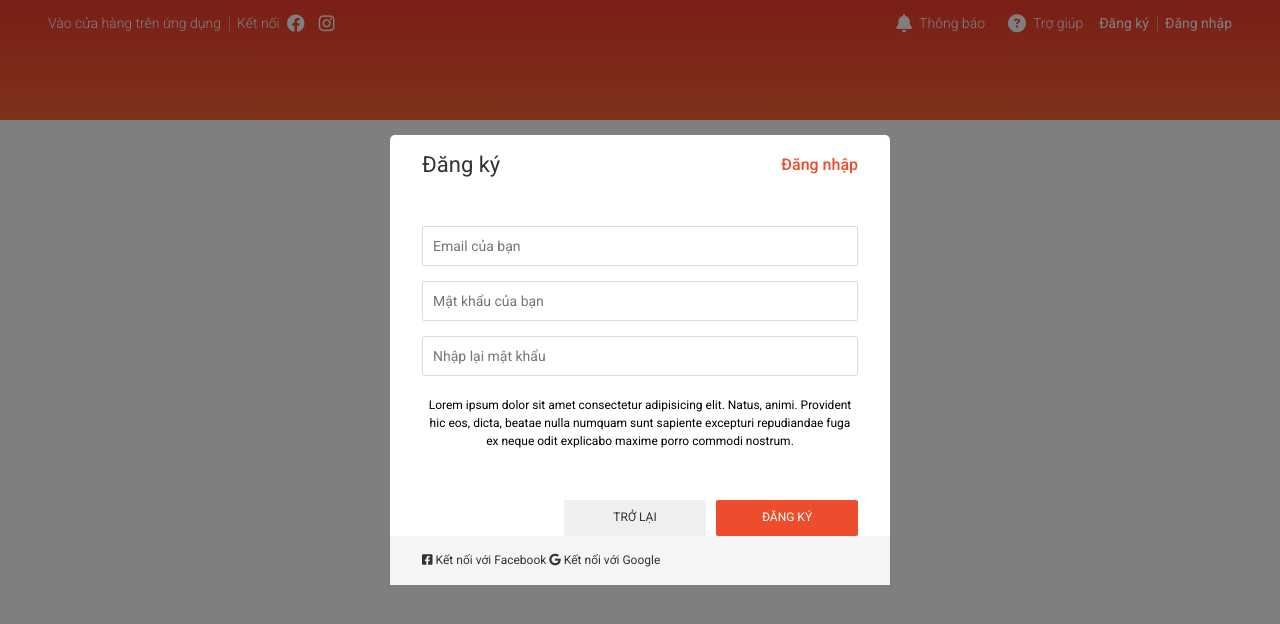
Repository: dptuyen1/F8-Tutorial
Page: index.html
The author's editor kept a copy of each file at every save. The page is drawn from the files as they stood at one save, then again after the next save.
The browser window is 1280 px wide. The pictures show the whole page.

Above is the page before, as saved 2023-05-08 17:21:29.

### index.html
<!DOCTYPE html>
<html lang="en">
  <head>
    <meta charset="UTF-8" />
    <meta http-equiv="X-UA-Compatible" content="IE=edge" />
    <meta name="viewport" content="width=device-width, initial-scale=1.0" />
    <title>Document</title>
    <link
      rel="stylesheet"
      href="https://cdnjs.cloudflare.com/ajax/libs/normalize/8.0.1/normalize.min.css"
      integrity="sha512-NhSC1YmyruXifcj/KFRWoC561YpHpc5Jtzgvbuzx5VozKpWvQ+4nXhPdFgmx8xqexRcpAglTj9sIBWINXa8x5w=="
      crossorigin="anonymous"
      referrerpolicy="no-referrer"
    />
    <link rel="stylesheet" href="assets/css/base.css" />
    <link rel="stylesheet" href="assets/css/main.css" />
    <link
      rel="stylesheet"
      href="assets/fonts/fontawesome-free-6.4.0-web/css/all.min.css"
    />
    <link rel="preconnect" href="https://fonts.googleapis.com" />
    <link rel="preconnect" href="https://fonts.gstatic.com" crossorigin />
    <link
      href="https://fonts.googleapis.com/css2?family=Roboto:wght@300;400;500;700&display=swap"
      rel="stylesheet"
    />
  </head>

  <body>
    <div class="app">
      <header class="header">
        <div class="grid">
          <nav class="header__navbar">
            <ul class="header__navbar-list">
              <li
                class="header__navbar-item header__navbar-item-has-qr header__navbar-item-separate"
              >
                Vào cửa hàng trên ứng dụng
                <div class="header__qr">
                  <img
                    src="assets/img/qr_code.png"
                    alt="QR Cođe"
                    class="header__qr-img"
                  />
                  <div class="header__qr-apps">
                    <a href="" class="header__qr-link">
                      <img
                        src="assets/img/google_play.png"
                        alt="Google Play"
                        class="header__qr-download-img"
                      />
                    </a>
                    <a href="" class="header__qr-link">
                      <img
                        src="assets/img/app_store.png"
                        alt="App Store"
                        class="header__qr-download-img"
                      />
                    </a>
                  </div>
                </div>
              </li>
              <li class="header__navbar-item">
                <span class="header__navbar-title-no-pointer">Kết nối</span>
                <a href="" class="header__navbar-icon-link">
                  <i class="header__navbar-icon fa-brands fa-facebook"></i>
                </a>
                <a href="" class="header__navbar-icon-link">
                  <i class="header__navbar-icon fa-brands fa-instagram"></i>
                </a>
              </li>
            </ul>
            <ul class="header__navbar-list">
              <li class="header__navbar-item header__navbar-item--has-notify">
                <a href="" class="header__navbar-item-link">
                  <a href="" class="header__navbar-icon-link">
                    <i class="header__navbar-icon fa-solid fa-bell"></i> </a
                  >Thông báo
                </a>
                <div class="header__notify">
                  <header class="header__notify-header">
                    <h3>Thông báo mới nhận</h3>
                  </header>
                  <ul class="header__notify-list">
                    <li class="header__notify-item">
                      <a href="" class="header_notify-link">
                        <img
                          src="assets/img/comestic.jpg"
                          alt=""
                          class="header__notify-img"
                        />
                        <div class="header__notify-info">
                          <span class="header_notify-name"
                            >Mỹ phẩm Ohui chính hãng</span
                          >
                          <span class="header__notify-description"
                            >Mô tả mỹ tả Ohui chính hãng</span
                          >
                        </div>
                      </a>
                    </li>
                    <li class="header__notify-item header__notify-item--read">
                      <a href="" class="header_notify-link">
                        <img
                          src="assets/img/comestic.jpg"
                          alt=""
                          class="header__notify-img"
                        />
                        <div class="header__notify-info">
                          <span class="header_notify-name"
                            >Mỹ phẩm Ohui chính hãng</span
                          >
                          <span class="header__notify-description"
                            >Mô tả mỹ tả Ohui chính hãng</span
                          >
                        </div>
                      </a>
                    </li>
                    <li class="header__notify-item">
                      <a href="" class="header_notify-link">
                        <img
                          src="assets/img/comestic.jpg"
                          alt=""
                          class="header__notify-img"
                        />
                        <div class="header__notify-info">
                          <span class="header_notify-name"
                            >Mỹ phẩm Ohui chính hãng</span
                          >
                          <span class="header__notify-description"
                            >Mô tả mỹ tả Ohui chính hãng</span
                          >
                        </div>
                      </a>
                    </li>
                  </ul>
                  <footer class="header__notify-footer">
                    <a href="" class="header__notify-footer-btn">Xem tất cả</a>
                  </footer>
                </div>
              </li>
              <li class="header__navbar-item">
                <a href="" class="header__navbar-item-link">
                  <a href="" class="header__navbar-icon-link">
                    <i
                      class="header__navbar-icon fa-solid fa-circle-question"
                    ></i></a
                  >Trợ giúp
                </a>
              </li>
              <li
                class="header__navbar-item header__navbar-item-bold header__navbar-item-separate"
              >
                Đăng ký
              </li>
              <li class="header__navbar-item header__navbar-item-bold">
                Đăng nhập
              </li>
            </ul>
          </nav>
        </div>
      </header>

      <div class="container"></div>

      <footer class="footer"></footer>
    </div>

    <!-- Modal layout -->
    <div class="modal">
      <div class="modal__overlay"></div>
      <div class="modal__body">
        <div class="modal__inner"></div>

        <!-- Authenticated Form -->
        <form class="auth-form">
          <div class="auth-form__container">
            <div class="auth-form__header">
              <h3 class="auth_form__heading">Đăng ký</h3>
              <span class="auth_form__switch-btn">Đăng nhập</span>
            </div>
            <div class="auth-form__form">
              <div class="auth-form__group">
                <input
                  type="text"
                  class="auth-form__input"
                  placeholder="Email của bạn"
                />
              </div>
              <div class="auth-form__group">
                <input
                  type="password"
                  class="auth-form__input"
                  placeholder="Mật khẩu của bạn"
                />
              </div>
              <div class="auth-form__group">
                <input
                  type="password"
                  class="auth-form__input"
                  placeholder="Nhập lại mật khẩu"
                />
              </div>
            </div>
            <div class="auth-form__aside">
              <p>
                Lorem ipsum dolor sit amet consectetur adipisicing elit. Natus,
                animi. Provident hic eos, dicta, beatae nulla numquam sunt
                sapiente excepturi repudiandae fuga ex neque odit explicabo
                maxime porro commodi nostrum.
              </p>
            </div>
            <div class="auth-form_controls">
              <button class="btn btn--back">TRỞ LẠI</button>
              <button class="btn btn--primary">ĐĂNG KÝ</button>
            </div>
          </div>

          <div class="auth-form_socials">
            <a href="" class="btn btn--with-icon">
              <i class="fa-brands fa-square-facebook"></i>
              Kết nối với Facebook
            </a>
            <a href="" class="btn btn--with-icon">
              <i class="fa-brands fa-google"></i>
              Kết nối với Google
            </a>
          </div>
        </form>
      </div>
    </div>
  </body>
</html>

### assets/css/base.css
:root {
  --primary-color: #ee4d2d;
  --white-color: #fff;
  --black-color: #000;
  --text-color: #333;
  --border-color: #dbdbdb;
}

* {
  box-sizing: inherit;
}

html {
  font-size: 62.5%;
  line-height: 1.6rem;
  font-family: "Roboto", sans-serif;
  box-sizing: border-box;
}

.grid {
  width: 1200px;
  max-width: 100%;
  /* căn giữa */
  margin: 0 auto;
}

.grid__full-width {
  width: 100%;
}

.grid__row {
  display: flex;
  flex-wrap: wrap;
}

/* Modal */
.modal {
  position: fixed;
  top: 0;
  right: 0;
  bottom: 0;
  left: 0;
  display: flex;
}

.modal__overlay {
  position: absolute;
  width: 100%;
  height: 100%;
  background-color: rgba(0, 0, 0, 0.5);
}

.modal__body {
  background-color: var(--white-color);
  margin: auto;
  position: relative;
  z-index: 1;
  border-radius: 5px;
}

.modal__inner {
}

/* Button style */
.btn {
  min-width: 142px;
  height: 36px;
  text-decoration: none;
  border: none;
  border-radius: 2px;
  cursor: pointer;
  padding: 0;
  font-size: 1.2rem;
  color: var(--text-color);
}

.btn:hover {
  background-color: rgba(0, 0, 0, 0.2);
}

.btn.btn--primary {
  color: var(--white-color);
  background-color: var(--primary-color);
}

.btn.btn--disabled {
  color: #ccc;
  cursor: default;
  background-color: #999;
}

/* Animation */
@keyframes fadeIn {
  from {
    opacity: 0;
  }

  to {
    opacity: 1;
  }
}

@keyframes notifyGrowth {
  from {
    opacity: 0;
    transform: scale(0);
  }

  to {
    opacity: 1;
    transform: scale(1);
  }
}

### assets/css/main.css
.header {
  height: 120px;
  background-image: linear-gradient(0, #fe6433, #f53e2d);
}

.header__navbar {
  display: flex;
  justify-content: space-between;
}

.header__navbar-list {
  list-style: none;
  padding-left: 0;
}

.header__navbar-item {
  margin: 0 8px;
  position: relative;
  min-height: 26px;
}

.header__navbar-item-has-qr:hover .header__qr {
  display: block;
}

.header__navbar-item,
.header__navbar-item-link {
  display: inline-block;
  font-size: 1.4rem;
  color: var(--white-color);
  text-decoration: none;
  font-weight: 300;
}

.header__navbar-list,
.header__navbar-item,
.header__navbar-item-link,
.header__navbar-icon-link {
  display: inline-flex;
  align-items: center;
}

.header__navbar-item:hover,
.header__navbar-item-link:hover,
.header__navbar-icon-link:hover {
  color: rgba(255, 255, 255, 0.5);
  cursor: pointer;
}

.header__navbar-item--has-notify:hover .header__notify {
  display: block;
}

.header__navbar-item-bold {
  font-weight: 400;
}

.header__navbar-item-separate::after {
  content: "";
  display: block;
  position: absolute;
  border-left: 1px solid #fb9086;
  height: 16px;
  right: -9px;
  top: 50%;
  transform: translateY(-50%);
}

.header__navbar-icon-link {
  color: var(--white-color);
  text-decoration: none;
}

.header__navbar-icon {
  font-size: 1.8rem;
  margin: 0 7px;
}

.header__navbar-title-no-pointer {
  cursor: text;
  color: var(--white-color);
}

/* Header QR Code  */
.header__qr {
  width: 185px;
  background-color: var(--white-color);
  position: absolute;
  left: 0;
  /* cao bằng thẻ chứa nó */
  top: 150%;
  padding: 8px;
  border-radius: 2px;
  display: none;
  animation: fadeIn ease-in 0.5s;
}

.header__qr::before {
  content: "";
  display: block;
  position: absolute;
  width: 100%;
  height: 20px;
  left: 0;
  top: -20px;
}

.header__qr-img {
  width: 100%;
}

.header__qr-apps {
  display: flex;
  justify-content: space-between;
}

.header__qr-link:first-child {
  margin-left: 11px;
}

.header__qr-link:last-child {
  margin-right: 11px;
}

.header__qr-download-img {
  height: 15px;
}

/* Header notification */

.header__notify {
  position: absolute;
  top: 150%;
  right: 0;
  width: 405px;
  background-color: var(--white-color);
  border: 1px solid #d3d3d3;
  border-radius: 2px;
  cursor: default;
  transform-origin: top right;
  display: none;
  animation: notifyGrowth ease-in 0.5s;
}

.header__notify::before {
  content: "";
  border-width: 20px 30px;
  border-style: solid;
  border-color: transparent transparent var(--white-color) transparent;
  position: absolute;
  right: 0;
  top: -30px;
}

.header__notify::after {
  content: "";
  display: block;
  position: absolute;
  right: 0;
  top: -20px;
  width: 100%;
  height: 20px;
}

.header__notify-header {
  height: 40px;
  background-color: var(--white-color);
}

.header__notify-header h3 {
  color: #999;
  margin: 0 0 0 12px;
  font-weight: 400;
  font-size: 1.4rem;
  line-height: 40px;
}

.header__notify-list {
  padding-left: 0;
}

.header__notify-item {
  display: flex;
}

.header__notify-item:hover {
  background-color: #f7f7f7;
}

.header__notify-item--read {
  background-color: rgba(238, 77, 45, 0.2);
}

.header_notify-link {
  width: 100%;
  display: flex;
  padding: 12px;
  text-decoration: none;
}

.header__notify-img {
  width: 50px;
  object-fit: contain;
}

.header__notify-info {
  margin-left: 12px;
}

.header_notify-name {
  display: block;
  font-size: 1.4rem;
  color: var(--black-color);
  font-weight: 400;
}

.header__notify-description {
  display: block;
  font-size: 1.2rem;
  line-height: 2rem;
  color: #756f6e;
  margin-top: 10px;
}

.header__notify-footer {
  display: flex;
}

.header__notify-footer-btn {
  text-decoration: none;
  color: var(--text-color);
  margin: 0 auto;
  padding: 10px;
  font-size: 1.4rem;
  font-weight: 400;
}

/* Authenticated modal */
.auth-form {
  width: 500px;
}

.auth-form__container {
  padding: 0 32px;
}

.auth-form__header {
  display: flex;
  align-items: center;
  justify-content: space-between;
}

.auth_form__heading {
  font-size: 2.2rem;
  font-weight: 400;
  color: var(--text-color);
}

.auth_form__switch-btn {
  font-size: 1.6rem;
  color: var(--primary-color);
  font-weight: 500;
  cursor: pointer;
}

.auth-form__form {
  margin-top: 16px;
}

.auth-form__group {
}

.auth-form__input {
  width: 100%;
  height: 40px;
  margin-top: 15px;
  padding: 0 10px;
  font-size: 1.4rem;
  border: 1px solid var(--border-color);
  border-radius: 2px;
  outline: none;
}

.auth-form__input:focus {
  border-color: #777;
}

.auth-form__aside {
  margin-top: 20px;
}

.auth-form__aside p {
  font-size: 1.2rem;
  line-height: 1.8rem;
  text-align: center;
}

.auth-form_controls {
  margin-top: 50px;
  display: flex;
  justify-content: flex-end;
}

.btn {
}

.btn--back {
  margin-right: 10px;
}

.btn--primary {
}

.auth-form_socials {
  background-color: #f5f5f5;
  padding: 16px 32px;
}

.btn--with-icon {
}

.fa-brands {
}

.fa-square-facebook {
}

.fa-google {
}

Loaded but not shown: assets/fonts/fontawesome-free-6.4.0-web/css/all.min.css (library)

After the next save:
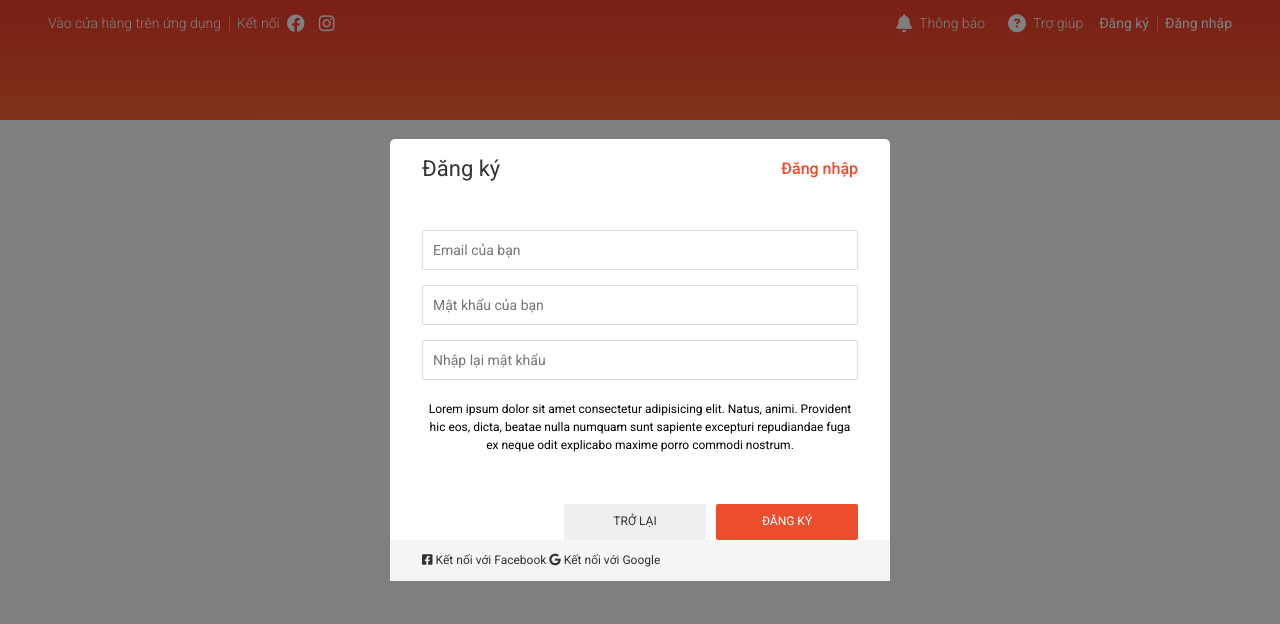
Saved 21 s later.
--- a/assets/css/main.css
+++ b/assets/css/main.css
@@ -313,7 +313,7 @@
 
 .auth-form_socials {
   background-color: #f5f5f5;
-  padding: 16px 32px;
+  padding: 12px 32px;
 }
 
 .btn--with-icon {
